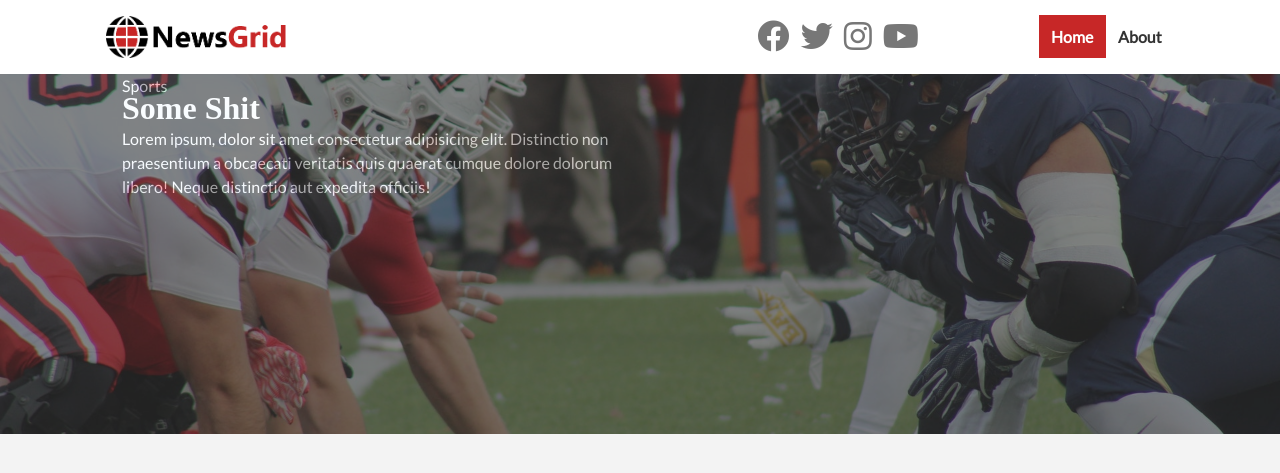
Repository: EswinGiova/NewsGrid
Page: index.html
An editor plug-in stored every save of this project. The page is shown before and after the next save, followed by the edit.
The browser window is 1280 px wide. The pictures show the whole page.
Some web libraries are served in a nearby version.

Above is the page before, as saved 2020-09-19 20:06:31.

After the next save:
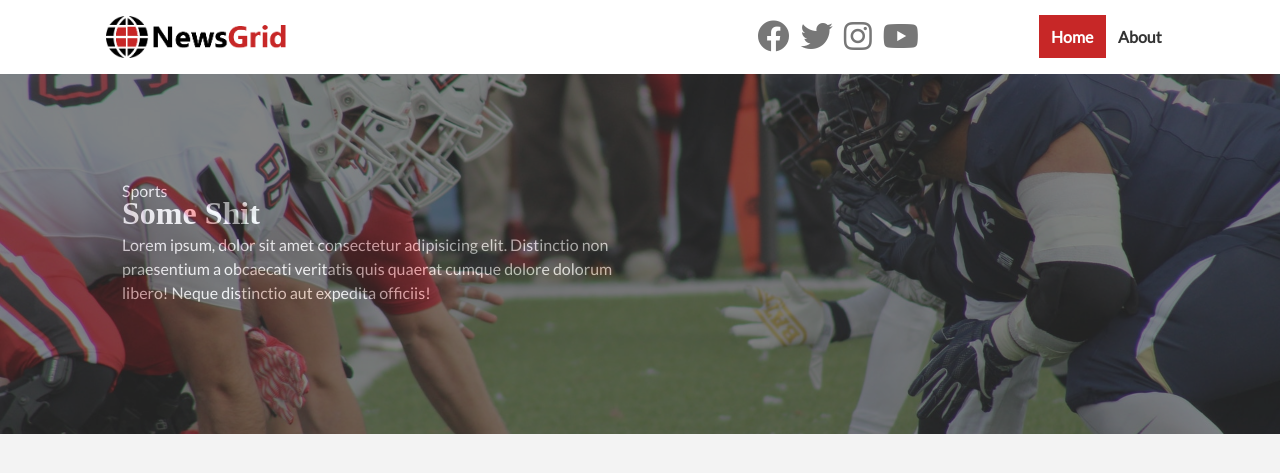
Saved 22 s later.
--- a/css/style.css
+++ b/css/style.css
@@ -123,4 +123,6 @@ h6 {
   height: 50vh;
   display: grid;
   grid-template-columns: repeat(2, 1fr);
+  justify-content: center;
+  align-content: center;
 }
